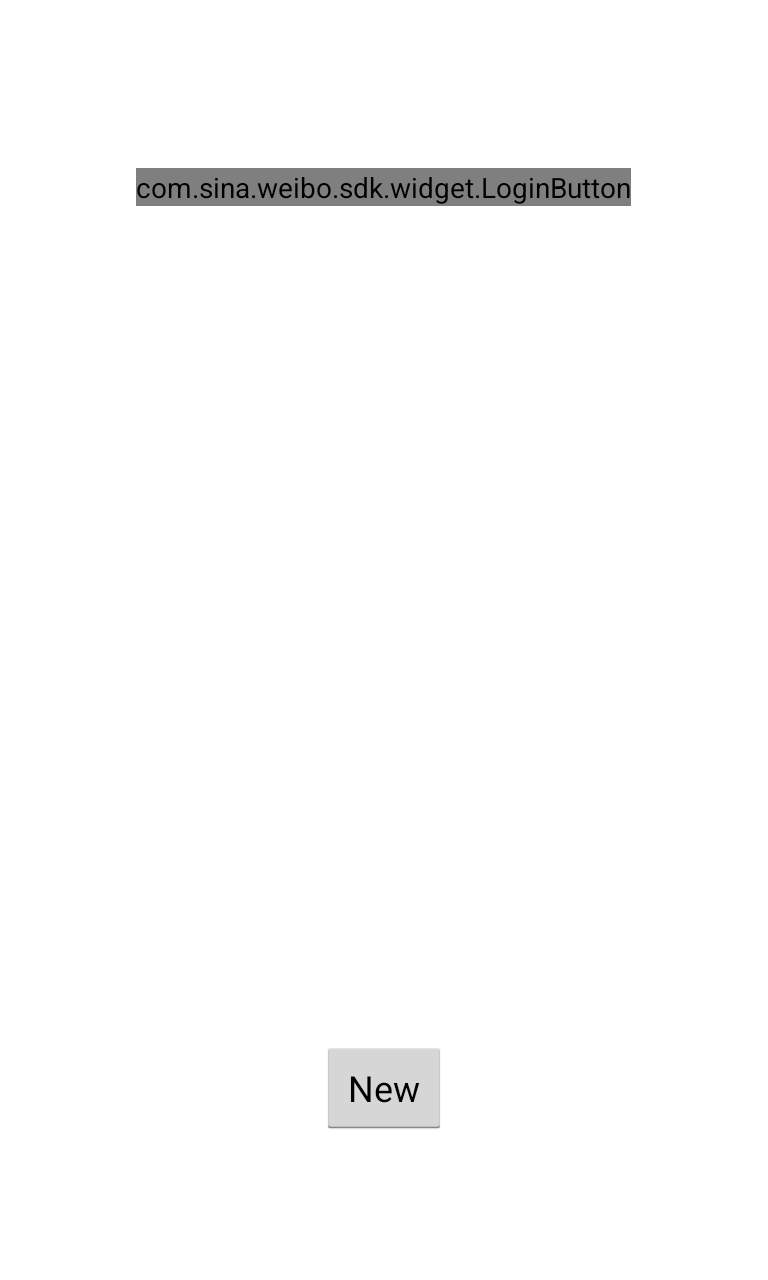
Repository: aojue/HappyAA
Layout: HappyAA/res/layout/activity_main.xml
An editor plug-in stored every save of this project. The layout is shown before and after the next save, followed by the edit.
Pictures or frames that could not be fetched are drawn as grey boxes. It is drawn on a 768 x 1280 px phone screen (xhdpi) without system bars, with theme AppTheme; the app's code is not run.

Above is the layout before, as saved 2014-10-24 07:35:03.

### HappyAA/res/layout/activity_main.xml
<RelativeLayout xmlns:android="http://schemas.android.com/apk/res/android"
    xmlns:tools="http://schemas.android.com/tools"
    android:layout_width="match_parent"
    android:layout_height="match_parent"
    android:paddingBottom="@dimen/activity_vertical_margin"
    android:paddingLeft="@dimen/activity_horizontal_margin"
    android:paddingRight="@dimen/activity_horizontal_margin"
    android:paddingTop="@dimen/activity_vertical_margin"
    tools:context="com.sina.weibo.happyaa.MainActivity" >

    <com.sina.weibo.sdk.widget.LoginButton
        android:id="@+id/loginButton1"
        android:layout_width="wrap_content"
        android:layout_height="wrap_content"
        android:layout_alignParentTop="true"
        android:layout_centerHorizontal="true"
        android:layout_marginTop="68dp" />

    <Button
        android:id="@+id/button1"
        android:layout_width="wrap_content"
        android:layout_height="wrap_content"
        android:layout_alignParentBottom="true"
        android:layout_centerHorizontal="true"
        android:layout_marginBottom="56dp"
        android:text="@string/button1"
        />
</RelativeLayout>

### HappyAA/res/values/strings.xml
<?xml version="1.0" encoding="utf-8"?>
<resources>

    <string name="app_name">HappyAA</string>
    <string name="action_settings">Settings</string>
	<string name="button1">New</string>
</resources>

Loaded but not shown: HappyAA/res/values/styles.xml (common file); HappyAA/res/values-v11/styles.xml (common file); HappyAA/res/values-v14/styles.xml (common file); HappyAA/res/values/dimens.xml (common file); HappyAA/res/values-w820dp/dimens.xml (common file)

After the next save:
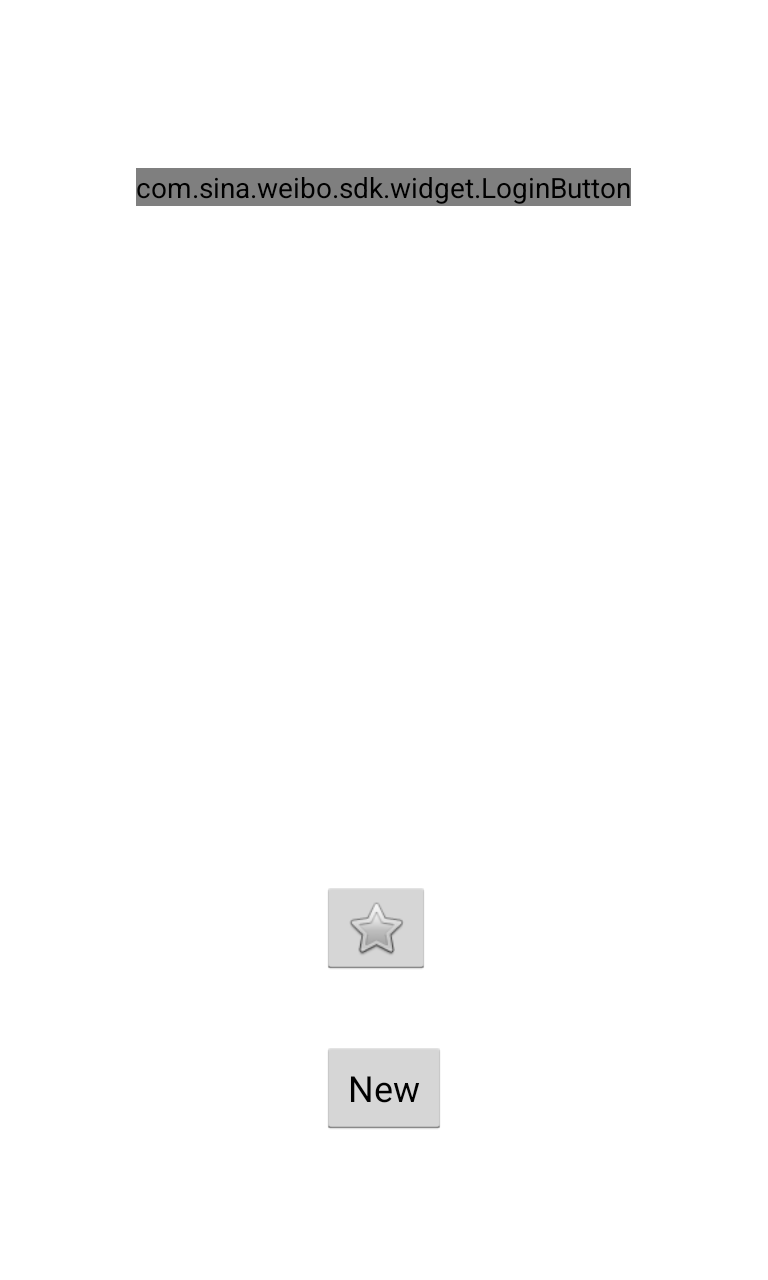
Saved 25 min 46 s later.
--- a/HappyAA/res/layout/activity_main.xml
+++ b/HappyAA/res/layout/activity_main.xml
@@ -25,4 +25,14 @@
         android:layout_marginBottom="56dp"
         android:text="@string/button1"
         />
+
+    <ImageButton
+        android:id="@+id/imageButton1"
+        android:layout_width="wrap_content"
+        android:layout_height="wrap_content"
+        android:layout_above="@+id/button1"
+        android:layout_alignLeft="@+id/button1"
+        android:layout_marginBottom="32dp"
+        android:src="@android:drawable/btn_star" />
+
 </RelativeLayout>
